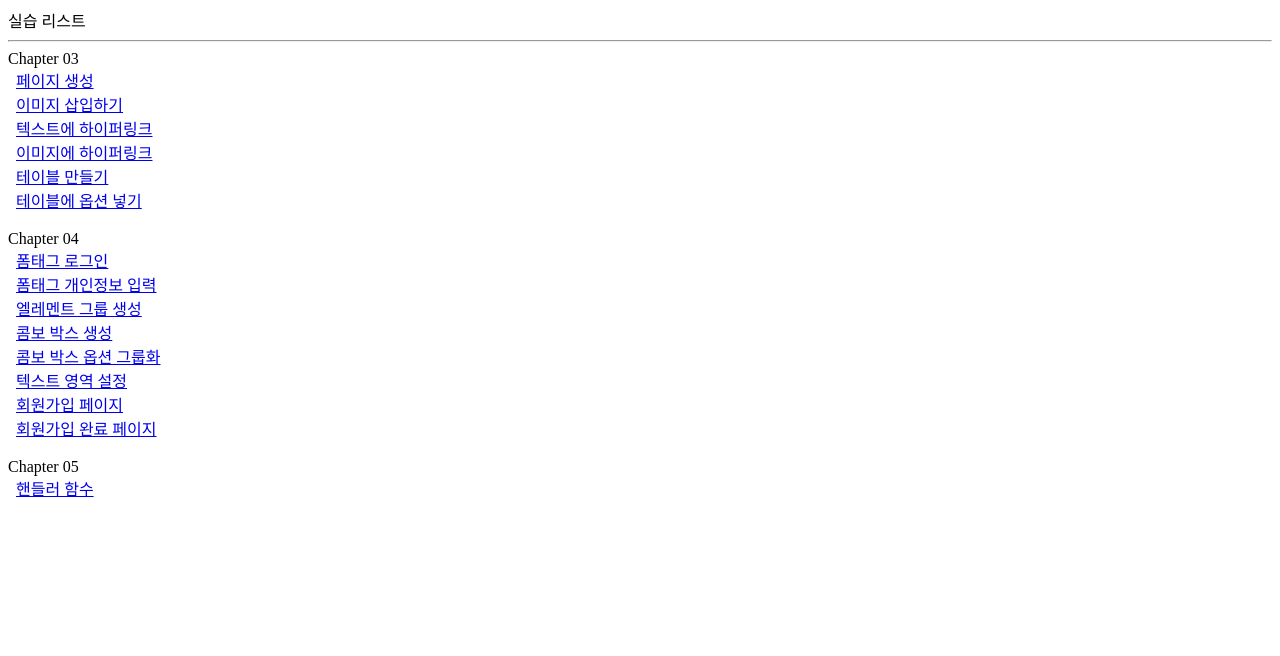
Repository: dhc518/WebProgramming_2023
Page: http://localhost/JSPStudy/List.jsp
An editor plug-in stored every save of this project. The page is shown before and after the next save, followed by the edit.
The browser window is 1280 px wide. The pictures show the whole page.
The page is served by Tomcat 9.

Above is the page before, as saved 2023-03-31 05:13:24.

After the next save:
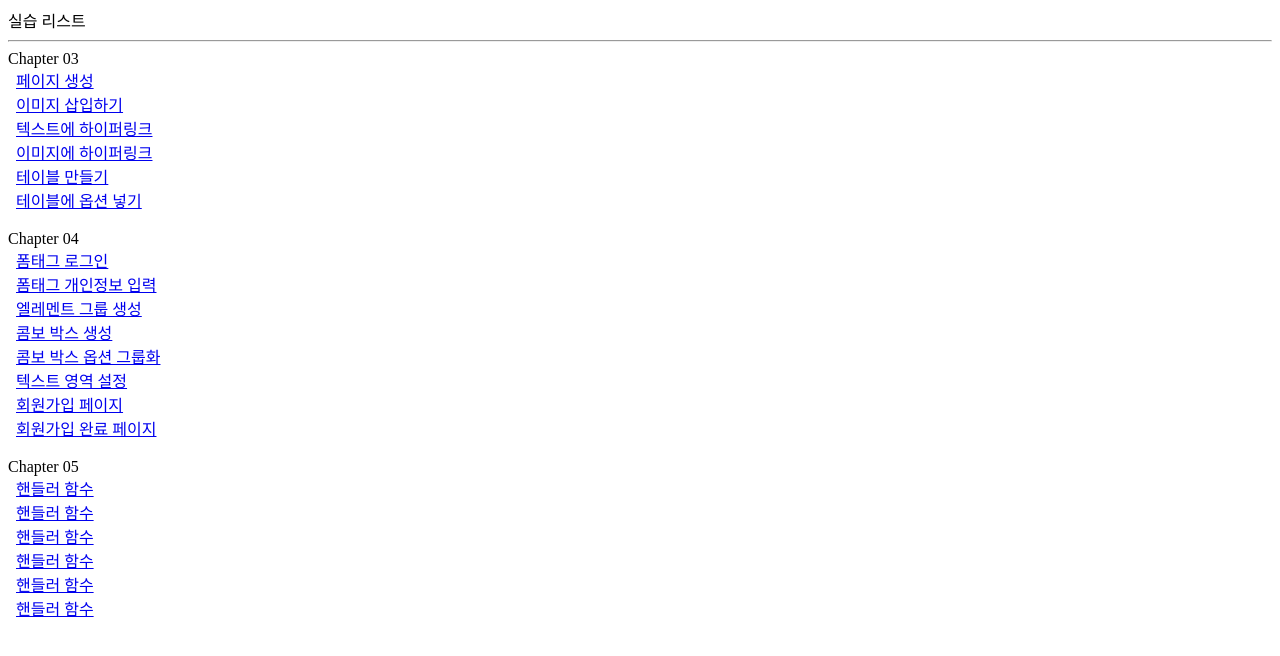
Saved 106 s later.
--- a/Project/JSPStudy/src/main/webapp/List.jsp
+++ b/Project/JSPStudy/src/main/webapp/List.jsp
@@ -41,8 +41,18 @@
 		<br>&nbsp;	<a href="ch04/form_membership02.jsp" target="_blank">
 		회원가입 완료 페이지</a>
 		<br><br>
-		Chapter 05
+	Chapter 05
 		<br>&nbsp;	<a href="ch05/handlerFunction.jsp" target="_blank">
+		핸들러 함수</a>
+		<br>&nbsp;	<a href="ch05/datainputCheck.jsp" target="_blank">
+		핸들러 함수</a>
+		<br>&nbsp;	<a href="ch05/dataLength.jsp" target="_blank">
+		핸들러 함수</a>
+		<br>&nbsp;	<a href="ch05/dataLength_success.jsp" target="_blank">
+		핸들러 함수</a>
+		<br>&nbsp;	<a href="ch05/isNaNcheck.jsp" target="_blank">
+		핸들러 함수</a>
+		<br>&nbsp;	<a href="ch05/isNaNcheck_success.jsp" target="_blank">
 		핸들러 함수</a>
 </body>
 </html>
